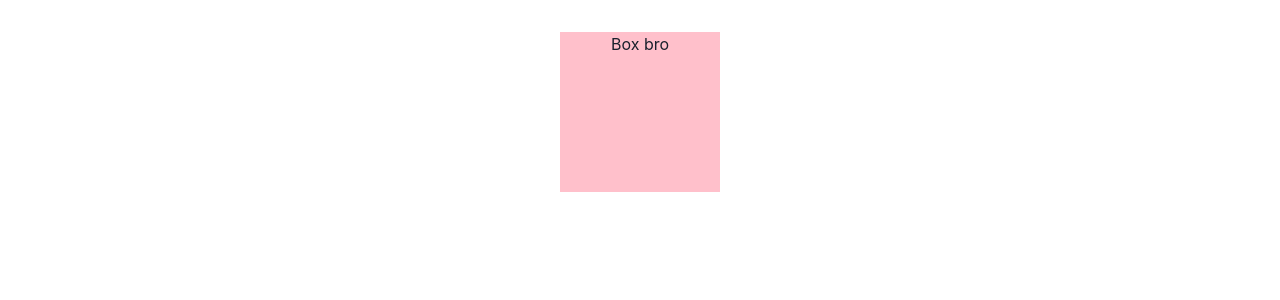
Repository: noutijo/learn-in-depth-chakra-ui
Page: /
The author's editor kept a copy of each file at every save. The page is drawn from the files as they stood at one save, then again after the next save.
The browser window is 1280 px wide. The pictures show the whole page.
The project was rebuilt for these pictures with package versions that can differ from the ones it lists, and the page was loaded fresh each time. Also part of the build but not shown: vite.config.ts.

Above is the page before, as saved 2023-01-30 13:08:32.

After the next save:
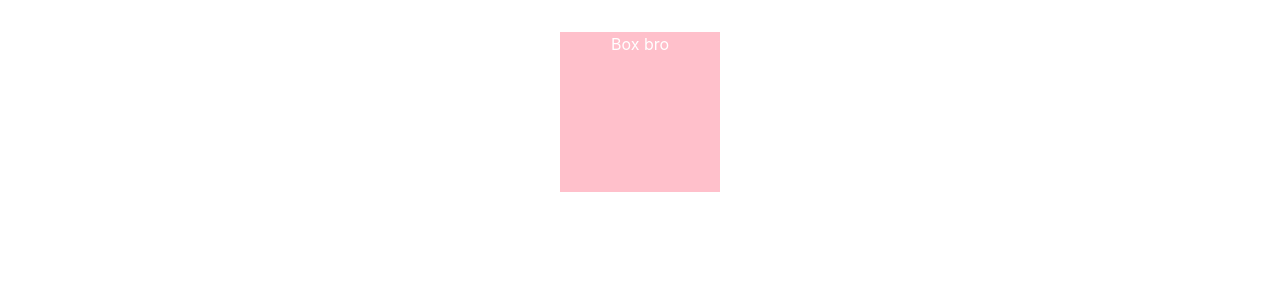
Saved 9 s later.
--- a/src/App.tsx
+++ b/src/App.tsx
@@ -7,7 +7,7 @@ function App() {
 
   return (
     <div className="App">
-      <Box bg="pink" w="10rem" h="10rem" color:white> Box bro</Box>
+      <Box bg="pink" w="10rem" h="10rem" color="white"> Box bro</Box>
     </div>
   )
 }
